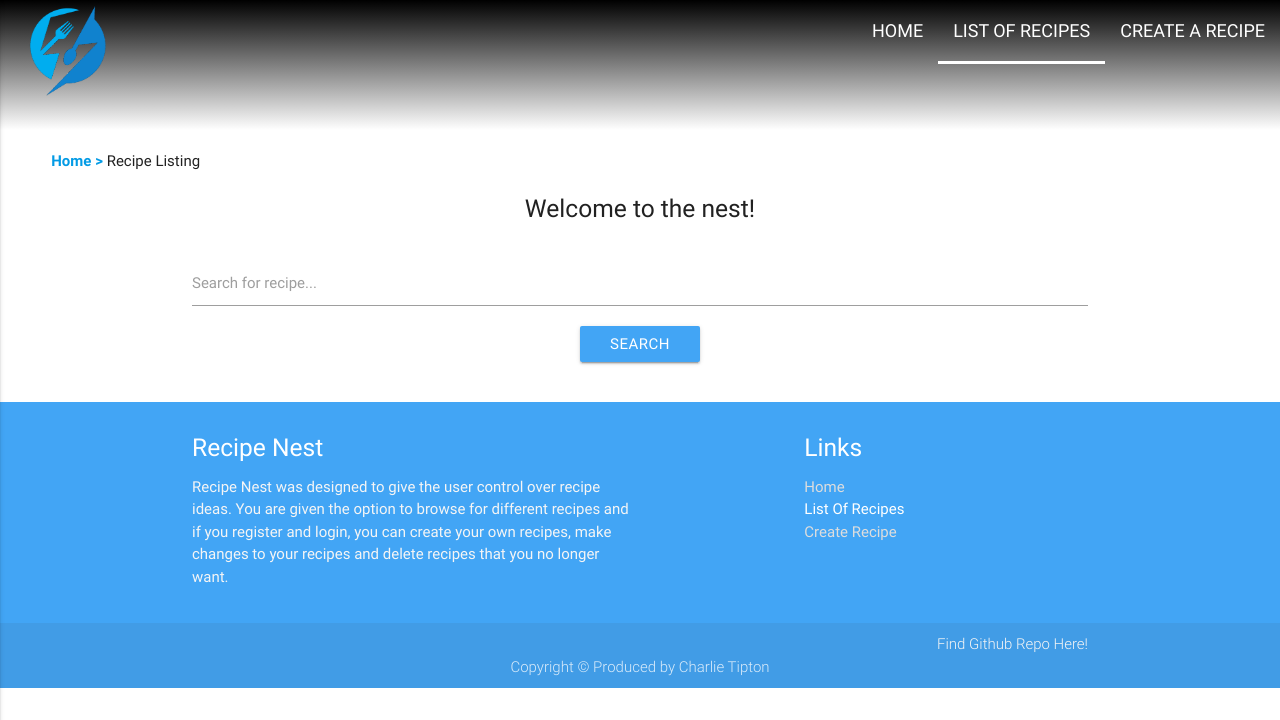
Repository: CharlieJT/Recipes
Page: http://localhost/recipe_listing
The author's editor kept a record of every edit. The page is drawn from the files as they stood at one moment, then again after the next edit.
The browser window is 1280 px wide. The pictures show the whole page.
Some web libraries are served in a nearby version. The page is served by the project's application, run on Flask 3 (app.py). Queries for data that is not in the repository find no rows.

Above is the page before.

### templates/recipe-listing.html
{% extends 'base.html' %} {% block content %}

<!-- Recipe Navbar & Heading divider -->

<div class="container-fluid recipe-container-heading">
    <div class="row">
        <div class="col recipe-container-column">
            <div class="main-recipe-section" />
        </div>
    </div>
</div>

<!-- Most viewed Recipe Cards -->

<div id="recipe-container-listing" class="container-fluid ">

    <div class="row recipe-row">
        <!-- Breadcrumb -->
            <div class="col back-button">
                <a href="{{ url_for('index') }}">
                    <span>
                        Home >
                    </span>
                </a>
                <span>
                    Recipe Listing
                </span>
            </div>
        </div>
        <!-- Main Recipes Header -->
        <div class="recipe-listing-column col s12">
            <h5>Welcome to the nest!</h5>
        </div>
        <div class="container">
            <div class="row">
                <form class="col s12" action="{{ url_for('search') }}">
                    <div class="row search-bar-row">
                        <div class="input-field col s12">
                            <input id="search-recipe-listing" name="query" type="text" class="validate">
                            <label for="search-recipe-listing-label">Search for recipe...</label>
                            <div class="search-button">
                                <button class="btn waves-effect waves-light blue lighten-1" type="submit" name="action">Search</button>
                            </div>
                        </div>
                    </div>
                </form>
            </div>
        </div>
        <!-- Each recipe card -->
        {% for recipe in recipes %}

        <div class="col s12 m6 l4 card-container-listing">
            <div class="card-surrounding">
                <div class="card">
                    <div class="card-image waves-effect waves-block waves-light">
                        <img class="activator recipe-image" src="{{recipe.recipe_image_url}}">
                    </div>
                    <div class="card-content">
                        <div class='card-title-spacer'>
                            <div class="card-title activator grey-text text-darken-4 recipe-name">{{recipe.recipe_name}}<i class="material-icons right more-info">more_vert</i></div>
                        </div>
                        <div class="button-container">
                            <a href="{{ url_for('recipe', recipe_id=recipe._id) }}">
                                <button class="btn waves-effect waves-light blue lighten-1" type="submit" name="action">View Recipe</button>
                            </a>
                        </div>
                    </div>
                    <div class="card-reveal recipe-close">
                        <span class="card-title grey-text text-darken-4">{{recipe.recipe_name}}<i class="material-icons right">close</i></span>
                        <p>{{recipe.recipe_description}}</p>
                    </div>
                </div>
            </div>
        </div>
        {% endfor %}
    </div>
</div>


{% endblock %}

### templates/base.html
<!DOCTYPE html>
<html>

<head>
    <!--Import Google Icon Font-->
    <link href="https://fonts.googleapis.com/icon?family=Material+Icons" rel="stylesheet">

    <!--Import materialize.css-->
    <link rel="stylesheet" href="https://cdnjs.cloudflare.com/ajax/libs/materialize/0.100.2/css/materialize.min.css">

    <!-- Exteral styles -->
    <link rel="stylesheet" href="{{url_for('static', filename='css/base.css')}}" type="text/css" />
    <link rel="stylesheet" href="{{url_for('static', filename='css/index.css')}}" type="text/css" />
    <link rel="stylesheet" href="{{url_for('static', filename='css/recipe-listing.css')}}" type="text/css" />
    <link rel="stylesheet" href="{{url_for('static', filename='css/recipe.css')}}" type="text/css" />
    <link href="https://fonts.googleapis.com/icon?family=Material+Icons" rel="stylesheet">

    <!-- Favicon -->
    <link rel="icon" href="{{ url_for('static', filename='/images/favicon.ico') }}" type="image/x-icon" />

    <!--Let browser know website is optimized for mobile-->
    <meta name="viewport" content="width=device-width, initial-scale=1.0" />

    <title>Recipe Nest - {{ title }}</title>
</head>

<body>
    <!-- Main Navbar -->
    <nav class="navbar-container N/A transparent">
        <div class="nav-wrapper">
            <a href="{{ url_for('index') }}" id="recipes-logo">
                <img class="recipe-logo-image" src="static/images/recipe-nest.png" alt="Recipes Logo"/>
            </a>
            <a href="#" data-activates="mobile-demo" class="button-collapse"><i class="material-icons">menu</i></a>
            <ul id="nav-mobile" class="right hide-on-med-and-down navbar-listing">
                <li class="tab"><a class="nav-link" href="{{ url_for('index') }}">Home</a></li>
                <li class="tab"><a class="nav-link" href="{{ url_for('recipe_listing') }}">List of Recipes</a></li>
                <li class="tab"><a class="nav-link" href="{{ url_for('create_recipe') }}">Create a Recipe</a></li>
            </ul>
        </div>
    </nav>
    <ul class="side-nav" id="mobile-demo">
        <li class="tab"><a class="active" href="{{ url_for('index') }}">Home</a></li>
        <li class="tab"><a href="{{ url_for('recipe_listing') }}">List of Recipes</a></li>
        <li class="tab"><a href="{{ url_for('create_recipe') }}">Create a Recipe</a></li>
    </ul>

    {% block content %} {% endblock %}

    <!-- Footer -->
    <footer class="page-footer blue lighten-1">
        <div class="container">
            <div class="row">
                <div class="col l6 s12">
                    <h5 class="white-text">Recipe Nest</h5>
                    <p class="grey-text text-lighten-4"></p>
                    <p class="grey-text text-lighten-4">Recipe Nest was designed to give the user control over recipe ideas. You are given the option to browse for different recipes and if you register and login, you can create your own recipes, make changes to your recipes and delete recipes
                        that you no longer want.</p>
                </div>
                <div class="col l4 offset-l2 s12">
                    <h5 class="white-text">Links</h5>
                    <ul class="footer-links">
                        <li><a class="pages-footer-link" href="{{ url_for('index') }}">Home</a></li>
                        <li><a class="pages-footer-link" href="{{ url_for('recipe_listing') }}">List Of Recipes</a></li>
                        <li><a class="pages-footer-link" href="{{ url_for('create_recipe') }}">Create Recipe</a></li>
                    </ul>
                </div>
            </div>
        </div>
        <div class="footer-copyright">
            <div class="container">
                <a class="grey-text text-lighten-4 right" href="https://github.com/CharlieJT/Repices" target="_blank">Find Github Repo Here!</a>
                <div class="footer-bottom">Copyright © Produced by Charlie Tipton</div>
            </div>
        </div>
    </footer>

    <!-- Back to top icon -->
    <a href="#" class="to-top"></a>

    <script src="https://cdnjs.cloudflare.com/ajax/libs/jquery/3.2.1/jquery.min.js"></script>
    <script src="https://cdnjs.cloudflare.com/ajax/libs/materialize/0.100.2/js/materialize.min.js"></script>
    <script src="{{url_for('static', filename='js/script.js')}}"></script>
</body>

</html>

### app.py
import os
from flask import Flask, render_template, redirect, url_for, request, flash
from flask_pymongo import PyMongo, DESCENDING
from bson.objectid import ObjectId
import re

app = Flask(__name__)

app.config["MONGO_DBNAME"] = 'myRecipes'
app.config['MONGO_URI'] = os.environ.get("MONGO_URI")

mongo = PyMongo(app)

@app.route('/')
@app.route('/index')
def index():
    """This shows a list of 3 recipes which have the highest views"""
    recipes=mongo.db.recipes.find().sort([('views', DESCENDING)]).limit(3)
    return render_template('index.html', title="Home", recipes=recipes)


@app.route('/recipe_listing')
def recipe_listing():
    """This shows a list of all of the recipes"""
    recipes=mongo.db.recipes.find()
    return render_template('recipe-listing.html', title="Recipes", recipes=recipes)


@app.route('/recipe/<recipe_id>')
def recipe(recipe_id):
    """This shows all fields in recipes & increments the views by 1"""
    mongo.db.recipes.find_one_and_update(
        {'_id': ObjectId(recipe_id)},
        {'$inc': {'views': 1}}
    )
    recipe = mongo.db.recipes.find_one_or_404({'_id': ObjectId(recipe_id)})
    return render_template('recipe.html', title="Recipe", recipe=recipe)


@app.route('/create_recipe')
def create_recipe():
    """This shows a list of all of the recipes"""
    recipes_db = mongo.db.recipes
    return render_template('create-recipe.html', title="Create Recipe")


@app.route('/insert_recipe', methods=['POST'])
def insert_recipe():
    """This will add each field to the database"""
    recipe_db = mongo.db.recipes
    # This is insert a new value for each field
    recipe_db.insert_one(request.form.to_dict())
    return redirect(url_for('recipe_listing'))


@app.route('/edit_recipe/<recipe_id>')
def edit_recipe(recipe_id):
    """This will find a specific recipe from the database"""
    recipes_db = mongo.db.recipes.find_one({ '_id': ObjectId(recipe_id) })
    return render_template('edit-recipe.html', title="Edit Recipe", recipe=recipes_db)


@app.route('/update_recipe/<recipe_id>', methods=['POST'])
def update_recipe(recipe_id):
    """This shows a list of all of the recipes"""
    recipe_db = mongo.db.recipes
    recipe_db.update({ '_id': ObjectId(recipe_id)},
    {
        'recipe_name':request.form.get('recipe_name'),
        'recipe_description':request.form.get('recipe_description'),
        'recipe_ingredients': request.form.get('recipe_ingredients'),
        'recipe_instructions': request.form.get('recipe_instructions'),
        'recipe_image_url':request.form.get('recipe_image_url')
    })
    return redirect(url_for('recipe_listing'))


@app.route('/search')
def search():
    """This is the logic behind the search bars"""
    orig_query = request.args['query']
    # Using regular expressions to search for any case
    query = {'$regex': re.compile('.*{}.*'.format(orig_query)), '$options': 'i'}
    # This will do a find amoungst recipe name, recipe description & recipe instructions
    results = mongo.db.recipes.find({
        '$or': [
            {'recipe_name': query},
            {'recipe_description': query},
            {'recipe_instructions': query},
        ]
    })

    recipes = []
    for result in results:
        recipes.append(result)

    return render_template('search.html', title="Search results for", query=orig_query, results=recipes)



@app.route('/delete_recipe/<recipe_id>')
def delete_recipe(recipe_id):
    """This shows a list of all of the recipes"""
    mongo.db.recipes.remove({ '_id': ObjectId(recipe_id) })
    return redirect(url_for('recipe_listing'))


if __name__ == '__main__':
    app.run(host=os.environ.get('IP'),
    port=int(os.environ.get('PORT')),
    debug=True)

### static/css/index.css
/* ---------- Main Image ----------*/

.title-container {
    display: flex;
    align-items: center;
    height: 100vh;
    color: #fff;
}

.main-heading-column {
    background-color: #000000a6;
    border-radius: 10px;
}

.title-container .row {
    opacity: 0;
    filter: blur(100px);
    animation: FadeInGreeting 1.5s 1s forwards ease-in-out;
}

.title-container h1 {
    text-align: center;
    font-size: 2.4rem;
}

.search-button {
    display: flex;
    justify-content: center;
}

.down-arrow-link {
    color: white;
}

.down-arrow {
    display: flex !important;
    position: absolute;
    left: 49vw;
    right: 50vw;
    font-size: 3.7rem !important;
    justify-content: center;
    animation: scrollDown 0.4s alternate-reverse infinite cubic-bezier(1,-0.01, 0.79, 0.54);
}

.main-image-container {
    background: url(../images/recipe-nest-main-image.png) fixed center center no-repeat;
    height: 100%;
}

.main-recipe-images-column {
    padding: 0 !important;
}

main-recipe-images-column {
    height: 80vh;
}

.opaque-background {
    background-color: #00000061;
}

/* label color */

.recipe-label {
    color: #fff;
}

/* label focus color */

.input-field input[type=text]:focus+label {
    color: #fff;
}

/* label underline focus color */

.input-field input[type=text]:focus {
    border-bottom: 1px solid #fff;
    box-shadow: 0 1px 0 0 #000;
}

/* valid color */

.input-field input[type=text].valid {
    border-bottom: 1px solid #fff;
    box-shadow: 0 1px 0 0 #fff;
}

/* invalid color */

.input-field input[type=text].invalid {
    border-bottom: 1px solid #fff;
    box-shadow: 0 1px 0 0 #fff;
}

/* label focus color */

.input-field input:focus+label {
    color: #42a5f5 !important;
}

/* label underline focus color */

.row .input-field input:focus {
    border-bottom: 1px solid #42a5f5 !important;
    box-shadow: 0 1px 0 0 #42a5f5 !important;
}

.recipe-search-bar:focus {
    border-bottom: 1px solid #42a5f5 !important;
    -webkit-box-shadow: 0 1px 0 0 #26a69a !important;
    box-shadow: 0 1px 0 0 #42a5f5 !important;
}

/* ---------- Recipe Cards ----------*/

#recipe-container-main {
    background-color: #fff;
}

.down-arrow {
    position: absolute;
    left: 50%;
}

.card-surrounding {
    max-width: 265px;
    margin: auto;
}

.card {
    margin: 2.5rem 0 2.5rem 0;
}

.recipe-image {
    padding: 10px;
    border-radius: 15px !important;
}

.most-viewed-divider {
    width: 150px;
}

.mostly-viewed-heading-column {
    margin: 60px;
    margin: 5.5rem auto 1.5rem;
}

.mostly-viewed-heading-column h5 {
    text-align: center;
    margin: auto;
}

#recipe-container-main .row {
    margin: 0;
}

#recipe-container-main .col {
    padding: 0 2.75rem;
}

.recipe-name,
.recipe-close {
    position: relative;
    width: 100%;
    font-size: 1.1rem !important;
    font-weight: 400 !important;
}

.recipe-name i {
    top: 0;
    right: -15px;
}

.recipe-close i {
    position: absolute;
    right: 0;
    top: 0;
    margin-top: 30px;
    margin-right: 12px;
}

.card-title-spacer {
    display: flex;
    height: 120px;
}

.more-info {
    position: absolute;
}

.button-container {
    display: flex;
    justify-content: center;
    width: 100%;
}

/* ---------- Media Queries ----------*/

@media only screen and (min-width: 992px) {
    .recipe-row {
        width: 992px;
        margin: auto !important;
    }
    .title-container h1 {
        font-size: 3rem;
    }
}

@media only screen and (min-width: 1050px) {
    .main-image-container {
        background-size: 100%;
    }
}

@media only screen and (min-width: 1200px) {
    .recipe-row {
        width: 1200px;
        margin: auto !important;
    }
}



/* ---------- Keyframes (Animations) ----------*/

@-webkit-keyframes scrollDown {
    from {
        margin-top: 0;
    }
    to {
        margin-top: 8px;
    }
}

@keyframes scrollDown {
    from {
        margin-top: 0;
    }
    to {
        margin-top: 8px;
    }
}

@-webkit-keyframes FadeInGreeting {
    from {
        opacity: 0;
    }
    to {
        opacity: 1;
    }
}

@keyframes FadeInGreeting {
    from {
        opacity: 0;
        filter: blur(100px);
    }
    to {

        opacity: 1;
        filter: blur(0px);
    }
}

### static/css/recipe-listing.css
.recipe-container-heading .recipe-container-column {
    background: linear-gradient(#000, #fff);
    height: 130px;
    width: 100%;
}

.recipe-listing-column {
    margin: 60px;
    margin: 1.5rem auto 1.5rem;
    text-align: center;
}

.search-recipe-listing-label {
    color: #000;
}

### static/css/recipe.css
.recipe-page-image {
    width: 100%;
    max-width: 300px;
    max-height: 300px;
    border-radius: 10px;
    border: 1px solid #ccc;
}

.recipe-ingredients li,
.recipe-insturctions li{
    list-style-type: disc;
}

.recipe-description-row {
    height: 300px;
}

.edit-and-delete-buttons {
    float: right;
}

.back-button span:nth-child(1) {
    display: inline;
    cursor: pointer;
    font-weight: bold;
}

/* ---------- Media Queries ----------*/

@media only screen and (max-width: 315px) {
    .delete-recipe-button {
        margin-top: 5px;
    }
}

@media only screen and (max-width: 500px) {
  .edit-and-delete-buttons {
    float: none;
        padding-left: 10px;
    }
}

Loaded but not shown: static/js/script.js (129 lines, source omitted); static/css/base.css (575 lines, source omitted)

After the next edit:
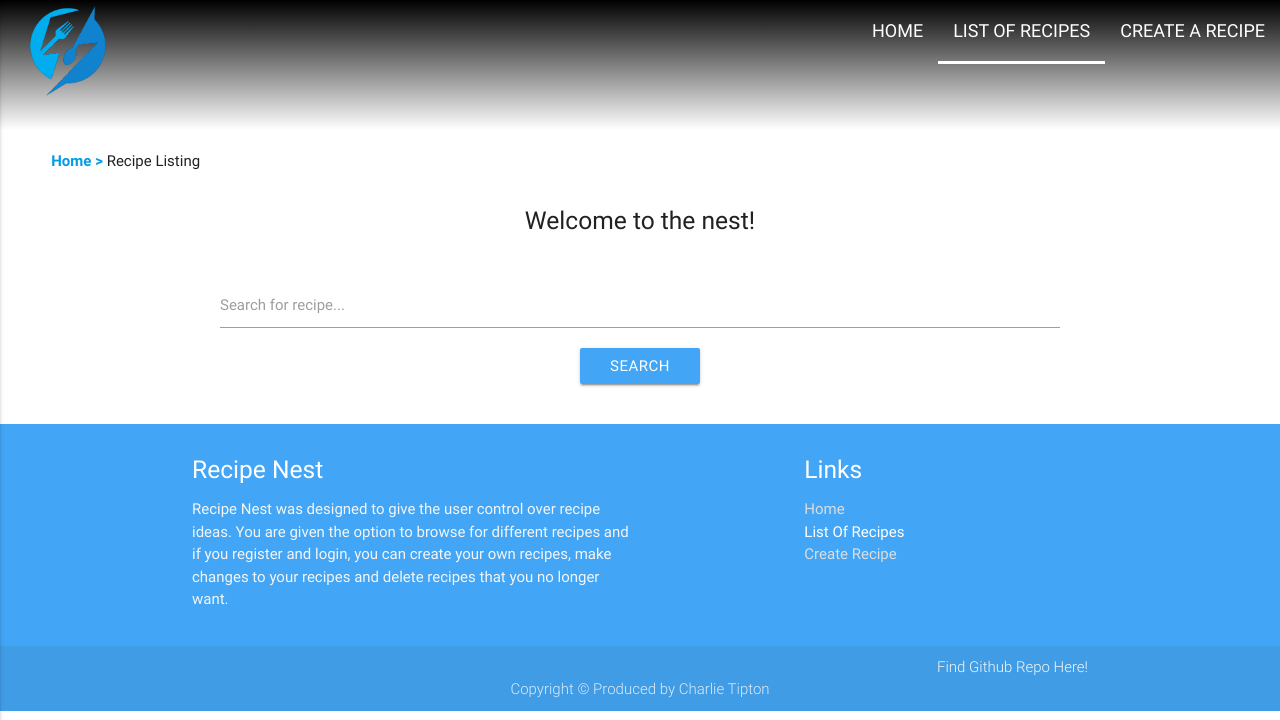
The edit:
--- a/templates/recipe-listing.html
+++ b/templates/recipe-listing.html
@@ -16,16 +16,15 @@
 
     <div class="row recipe-row">
         <!-- Breadcrumb -->
-            <div class="col back-button">
-                <a href="{{ url_for('index') }}">
-                    <span>
-                        Home >
-                    </span>
-                </a>
+        <div class="col back-button">
+            <a class="bread-crumb-navigator" href="{{ url_for('index') }}">
                 <span>
-                    Recipe Listing
+                    Home >
                 </span>
-            </div>
+            </a>
+            <span>
+                Recipe Listing
+            </span>
         </div>
         <!-- Main Recipes Header -->
         <div class="recipe-listing-column col s12">
